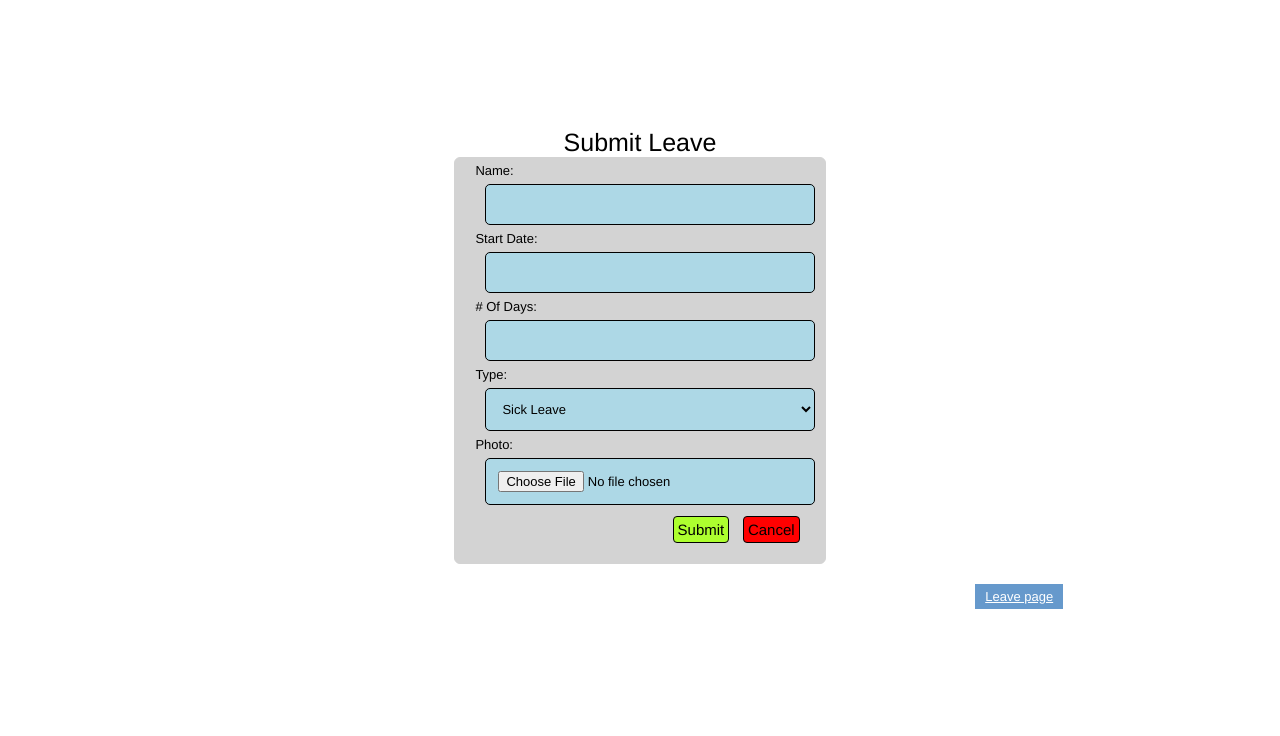
Repository: Murad71/BasicCRUD
Page: index.html
The author's editor kept a copy of each file at every save. The page is drawn from the files as they stood at one save, then again after a run of saves.
The browser window is 1280 px wide. The pictures show the whole page.

Above is the page before, as saved 2023-04-18 21:25:05.

After the next 2 saves:
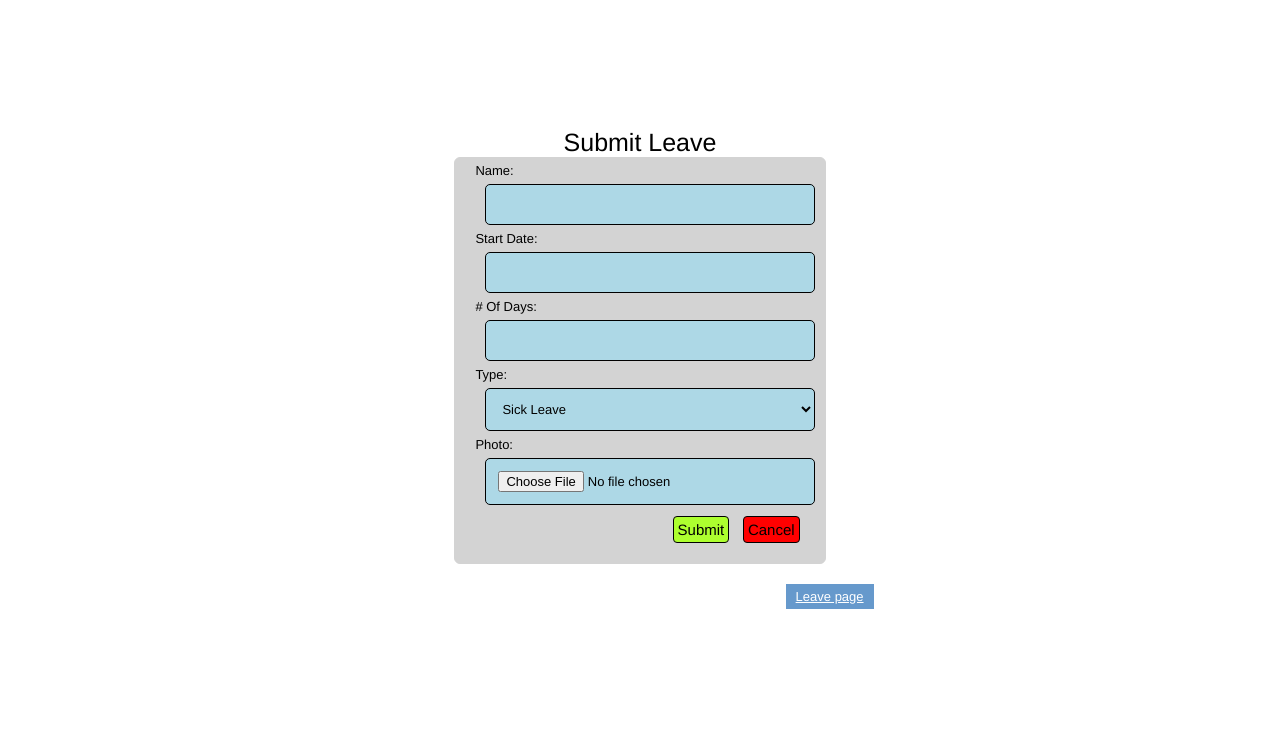
The 2 saves are shown as one change because they came seconds apart.
The last was saved 8 s later.
--- a/index.css
+++ b/index.css
@@ -60,7 +60,7 @@ input[type="reset"].cancel {
 }
 
 .anchorContainer {
-  margin-left: 60%;
+  margin-left: 30%;
 }
 
 a {
